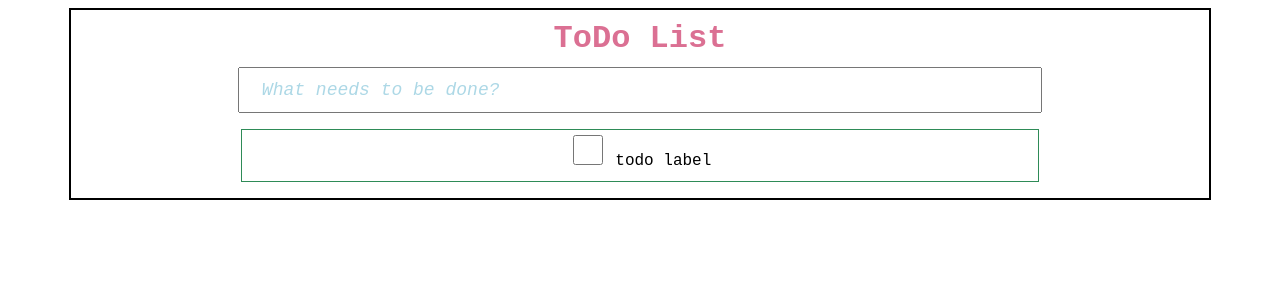
Repository: litalsh/To-Do-List
Page: index.html
These files come from the project's save history. The page is drawn as it stood at one moment and after the next save; the edit follows.
The browser window is 1280 px wide. The pictures show the whole page.

Above is the page before, as saved 2019-10-23 19:15:34.

After the next save:
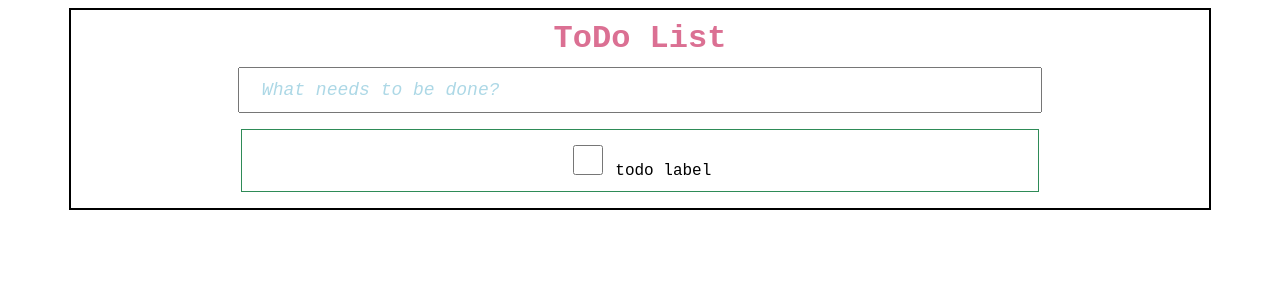
Saved 22 h 33 min later.
--- a/style.css
+++ b/style.css
@@ -47,5 +47,5 @@ body{
   .checked{
       width: 30px;
       height: 30px;
-      margin-top: 5px;
+      margin-top: 15px;
   }
